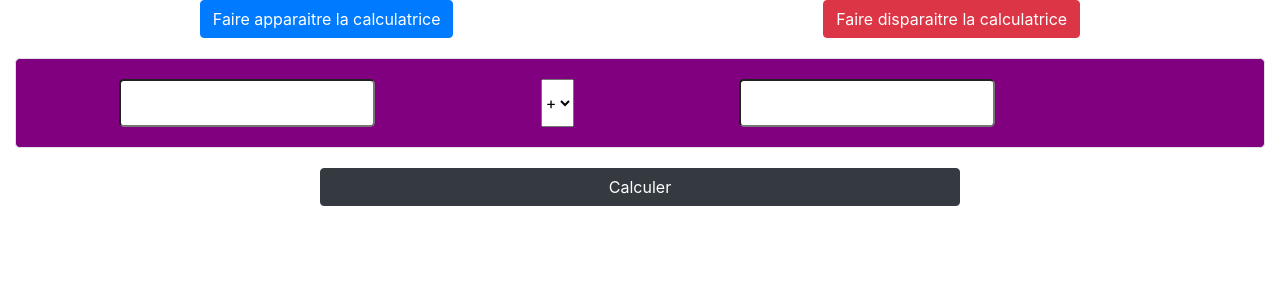
Repository: julieLyM/calculatrice
Page: calculatrice.html
The author's editor kept a copy of each file at every save. The page is drawn from the files as they stood at one save, then again after a run of saves.
The browser window is 1280 px wide. The pictures show the whole page.

Above is the page before, as saved 2020-12-08 15:28:10.

After the next 3 saves:
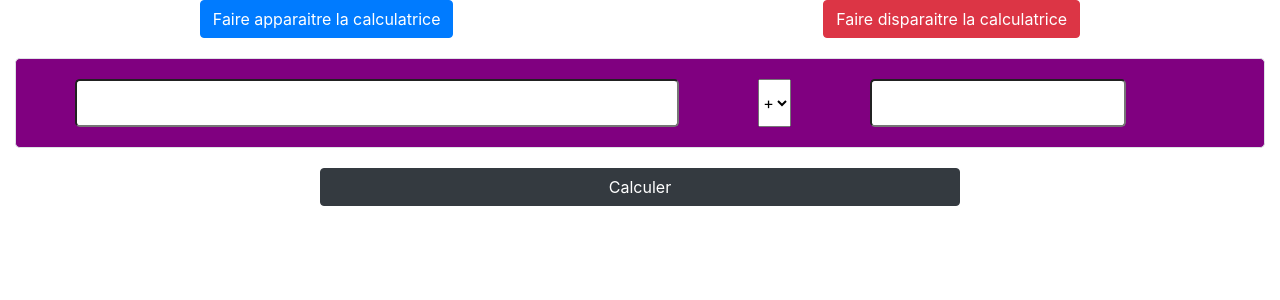
The 3 saves are shown as one change because they came seconds apart.
The last was saved 13 s later.
--- a/calculatrice.html
+++ b/calculatrice.html
@@ -18,7 +18,7 @@
           </button>
         </div>
         <div class="row justify-content-around border w-100 rounded-lg" id="blocCal"  style="padding: 20px;margin: 20px auto; text-align:center; background-color: purple">
-          <input type="text" class="rounded-lg" value="" id="nombre1">
+          <input type="text" class="rounded-lg w-50" value="" id="nombre1">
           <select name="calcul" id="operateur">
             <option>+</option>
             <option>-</option>
